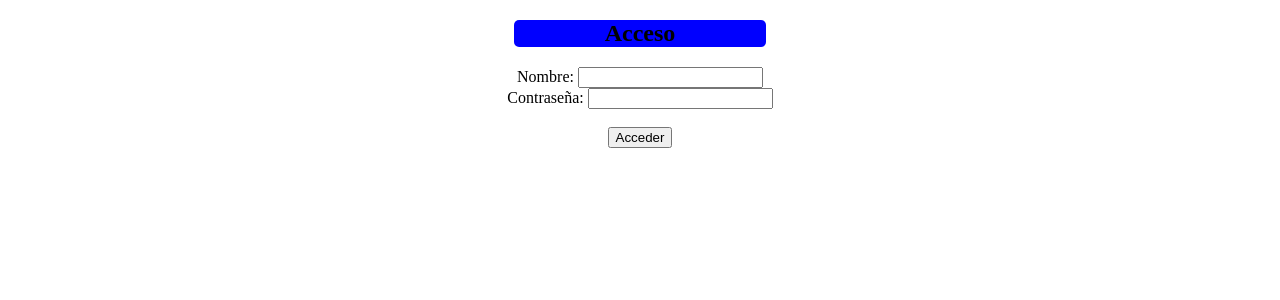
Repository: MateoSantander/Ejercicios4y5
Page: http://localhost/Ejercicio_4/JSP_login.jsp
An editor plug-in stored every save of this project. The page is shown before and after the next save, followed by the edit.
The browser window is 1280 px wide. The pictures show the whole page.
The page is served by Tomcat 9.

Above is the page before, as saved 2022-03-18 13:38:56.

After the next save:
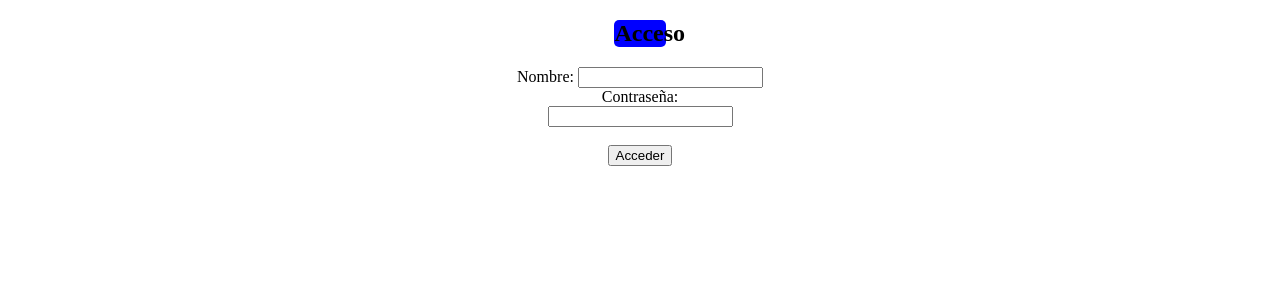
Saved 19 s later.
--- a/Ejercicio_4/src/main/webapp/css/design.css
+++ b/Ejercicio_4/src/main/webapp/css/design.css
@@ -11,5 +11,7 @@ h2{
 
 body{
 	text-align:center;
+	margin-left: 40%;
+    	margin-right: 40%;
 	border: 2px blue
 }
